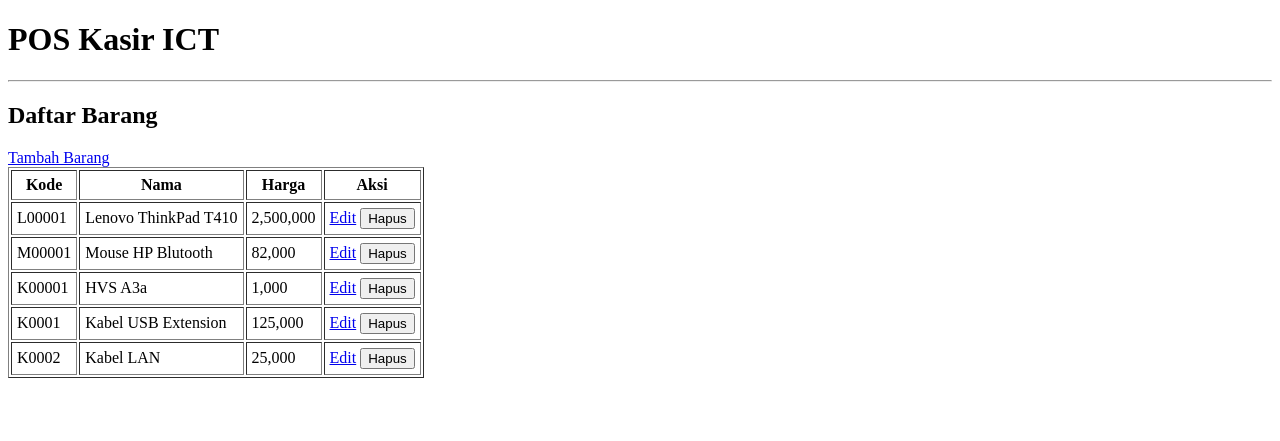
Repository: ekojt7/ekojatmiko_kasir_ict
Page: http://localhost/barangs
These files come from the project's save history. The page is drawn as it stood at one moment and after the next save; the edit follows.
The browser window is 1280 px wide. The pictures show the whole page.
The page is served by the project's Laravel application, run on PHP 8.4 with Laravel 12. The database holds what the project's SQL file puts in it.

Above is the page before, as saved 2025-08-04 20:12:29.

After the next save:
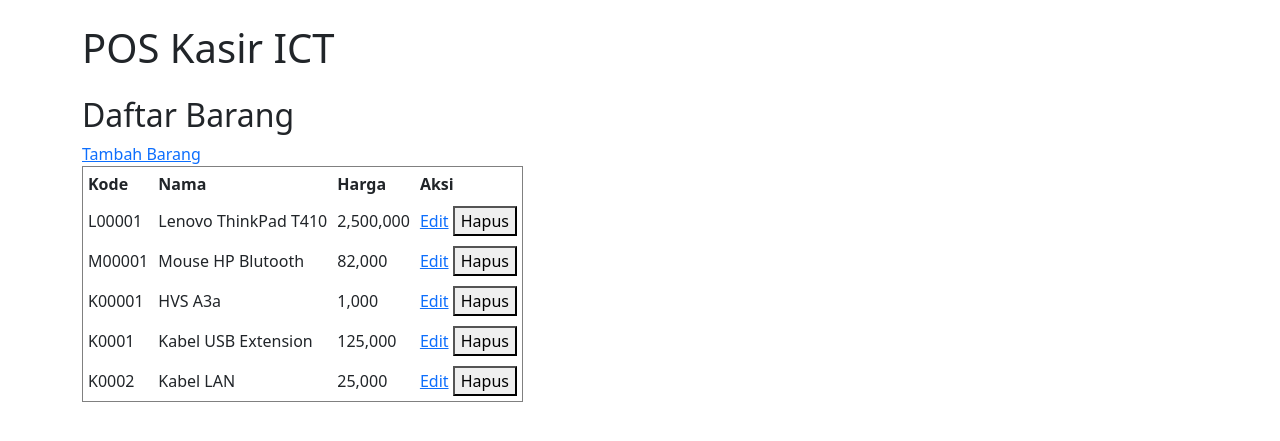
Saved 9 min 0 s later.
--- a/resources/views/layout.blade.php
+++ b/resources/views/layout.blade.php
@@ -2,10 +2,13 @@
 <html>
 <head>
     <title>POS Kasir ICT</title>
+    <link href="https://cdn.jsdelivr.net/npm/bootstrap@5.3.3/dist/css/bootstrap.min.css" rel="stylesheet">
 </head>
-<body>
-    <h1>POS Kasir ICT</h1>
-    <hr>
+<body class="container py-4">
+    <h1 class="mb-4">POS Kasir ICT</h1>
+
     @yield('content')
+
+    <script src="https://cdn.jsdelivr.net/npm/bootstrap@5.3.3/dist/js/bootstrap.bundle.min.js"></script>
 </body>
 </html>
